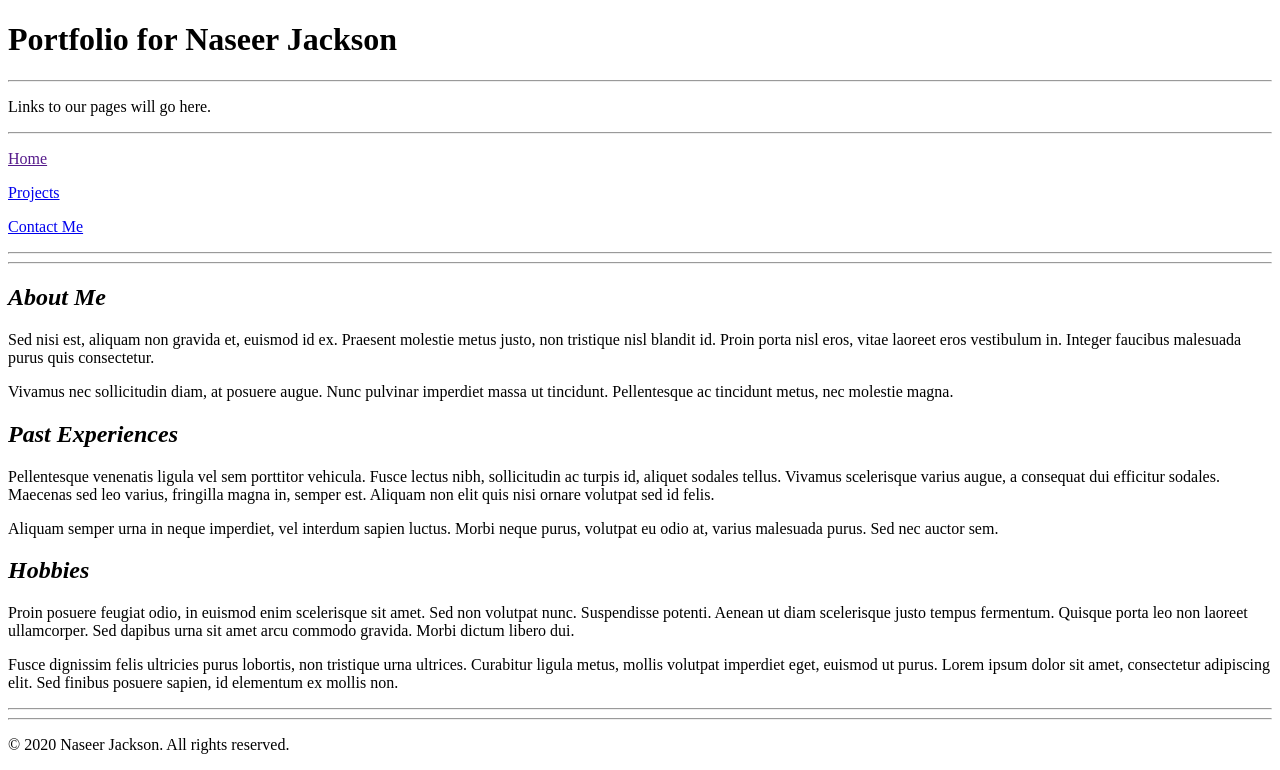
Repository: nj10deadend/Mthree-Intro-to-WebDev
Page: classwork/portfolio/index.html
An editor plug-in stored every save of this project. The page is shown before and after the next save, followed by the edit.
The browser window is 1280 px wide. The pictures show the whole page.

Above is the page before, as saved 2021-12-01 09:18:04.

After the next save:
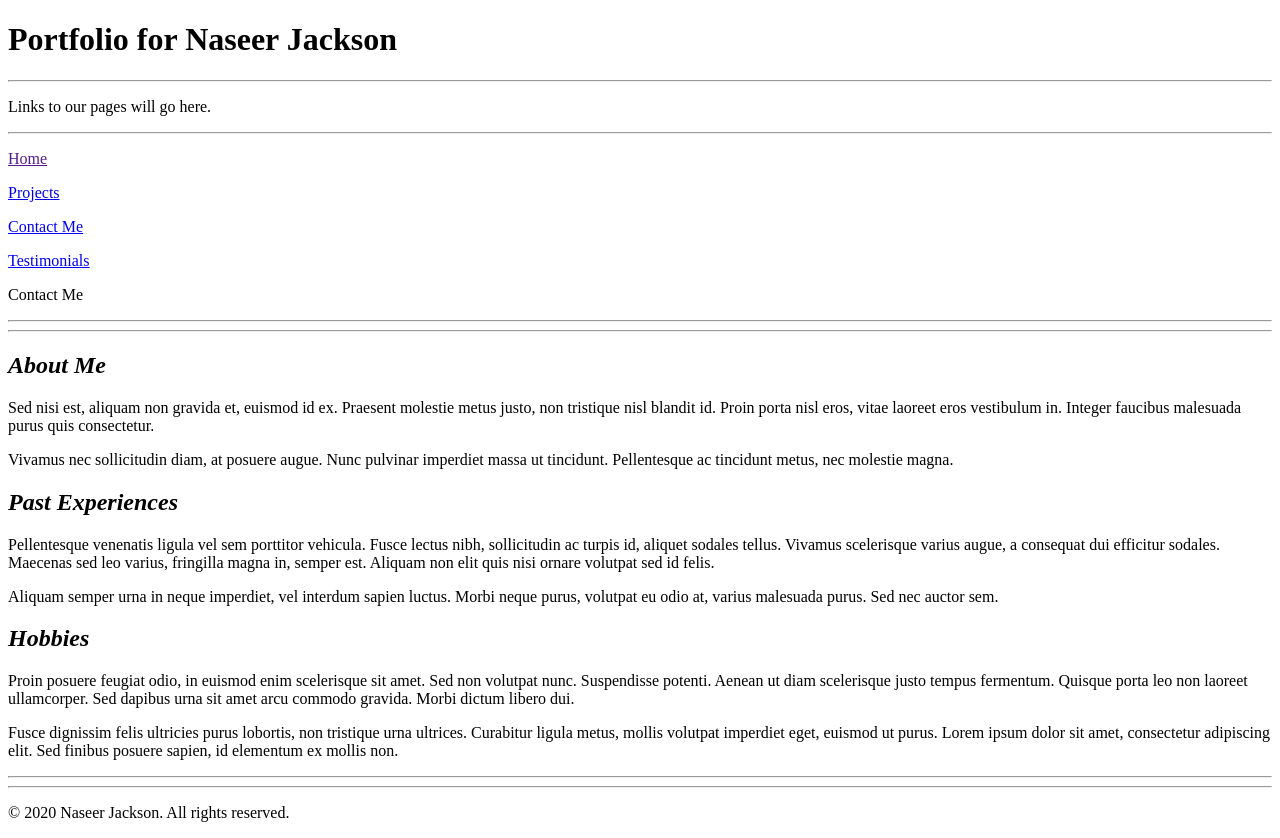
Saved 20 s later.
--- a/classwork/portfolio/index.html
+++ b/classwork/portfolio/index.html
@@ -35,6 +35,9 @@
         <p><a href="">Home</a></p>
         <p><a href="projects.html">Projects</a></p>
         <p><a href="contact.html">Contact Me</a></p>
+        <p><a href="testimonials.html">Testimonials</a></p>Contact Me</a></p>
+
+
         <hr>
     </nav>
     <hr>
